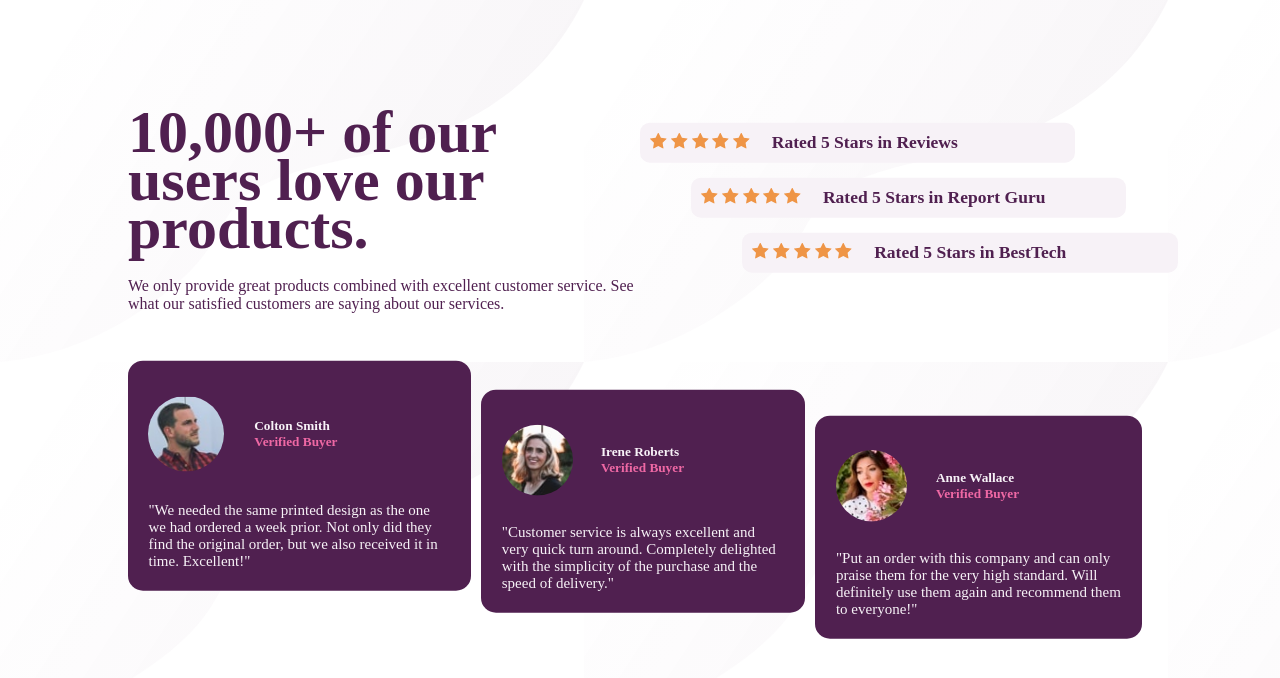
Repository: superZXMzzl/FrontendMentor
Page: social-proof-section-master/index.html
An editor plug-in stored every save of this project. The page is shown before and after the next save, followed by the edit.
The browser window is 1280 px wide. The pictures show the whole page.

Above is the page before, as saved 2022-05-10 11:35:55.

### social-proof-section-master/index.html
<!DOCTYPE html>
<html lang="en">
  <head>
    <meta charset="UTF-8" />
    <meta name="viewport" content="width=device-width, initial-scale=1.0" />
    <!-- displays site properly based on user's device -->

    <link
      rel="icon"
      type="image/png"
      sizes="32x32"
      href="./images/favicon-32x32.png"
    />
    <link rel="stylesheet" href="style.css">
    <title>Frontend Mentor | Social proof section</title>


  </head>
  <body>

    <div class="container">
      <div class="top">
        <div class="left">
          <p class="leftTitle">10,000+ of our users love our products.</p>
          <p class="leftDes">We only provide great products combined with excellent customer service.
            See what our satisfied customers are saying about our services.</p>
        </div>
        <div class="right">
          <div class="right1">
            <div class="starBox">
              <img src="./images/icon-star.svg" class="star">
              <img src="./images/icon-star.svg" class="star">
              <img src="./images/icon-star.svg" class="star">
              <img src="./images/icon-star.svg" class="star">
              <img src="./images/icon-star.svg" class="star">
            </div>
            <h3 class="starDes">Rated 5 Stars in Reviews</h3>
          </div>
          <div class="right2">
            <div class="starBox">
              <img src="./images/icon-star.svg" class="star">
              <img src="./images/icon-star.svg" class="star">
              <img src="./images/icon-star.svg" class="star">
              <img src="./images/icon-star.svg" class="star">
              <img src="./images/icon-star.svg" class="star">
            </div>
            <h3 class="starDes">Rated 5 Stars in Report Guru</h3>
          </div>
          <div class="right3">
            <div class="starBox">
              <img src="./images/icon-star.svg" class="star">
              <img src="./images/icon-star.svg" class="star">
              <img src="./images/icon-star.svg" class="star">
              <img src="./images/icon-star.svg" class="star">
              <img src="./images/icon-star.svg" class="star">
            </div>
            <h3 class="starDes">Rated 5 Stars in BestTech</h3>
          </div>
        </div>
      </div>
      <div class="bottom">
        <div class="card1">
          <div class="cardHead">
            <img src="./images/image-colton.jpg" class="avatar">
            <div class="cardHeadText">
              <h5>Colton Smith</h5>
              <h5 class="ii">Verified Buyer</h5>
            </div>
          </div>
          <p class="cardText">"We needed the same printed design as the one we had ordered a week prior.
            Not only did they find the original order, but we also received it in time.
            Excellent!"</p>
        </div>
        <div class="card2">
          <div class="cardHead">
            <img src="./images/image-irene.jpg" class="avatar">
            <div class="cardHeadText">
              <h5>Irene Roberts</h5>
              <h5 class="ii">Verified Buyer</h5>
            </div>
          </div>
          <p class="cardText">"Customer service is always excellent and very quick turn around. Completely
            delighted with the simplicity of the purchase and the speed of delivery."
          </p>
        </div>
        <div class="card3">
          <div class="cardHead">
            <img src="./images/image-anne.jpg" class="avatar">
            <div class="cardHeadText">
              <h5>Anne Wallace</h5>
              <h5 class="ii">Verified Buyer</h5>
            </div>
          </div>
          <p class="cardText">"Put an order with this company and can only praise them for the very high
            standard. Will definitely use them again and recommend them to everyone!"</p>
        </div>
      </div>
    </div>
  </body>
</html>

### social-proof-section-master/style.css
* {
    margin: 0;
    padding: 0;
    box-sizing: border-box;
}

body {
    min-height: 100vh;
    display: flex;
    align-items: center;
    background-image: url(./images/bg-pattern-top-desktop.svg);
    position: relative;
}

.container {
    position: absolute;
    width: 80%;
    left: 50%;
    top: 50%;
    transform: translate(-50%, -50%);
}

.top {
    display: grid;
    align-items: center;
    grid-template-columns: 1fr 1fr;
}

.right1, .right2, .right3 {
    display: flex;
    align-items: center;
    background-color: hsl(300, 24%, 96%);
    margin: 15px 0;
    border-radius: 10px;
    width: 85%;
    font-size: 15px;
    color: hsl(300, 43%, 22%);
}

.right2 {
    margin-left: 10%;
}

.right3 {
    margin-left: 20%;
}

.starBox {
    margin: 10px;
    margin-right: 5%;
}

.bottom {
    width: 100%;
    display: flex;
    align-items: center;
    justify-content: space-between;
}

.card1, .card2, .card3 {
    margin-right: 10px;
    background-color: hsl(300, 43%, 22%);
    padding: 2%;
    border-radius: 15px;
    color: hsl(300, 24%, 96%)
}

.leftTitle {
    margin: 5% 0;
    color: hsl(300, 43%, 22%);
    font-weight: bolder;
    font-size: 60px;
    line-height: 0.8;
}

.leftDes {
    color: hsl(300, 43%, 22%);
}

.card2 {
    margin-top: 5%;
}

.card3 {
    margin-top: 10%;
}

.cardHead {
    display: flex;
    align-items: center;
    margin-bottom: 5%;
}

.avatar {
    border-radius: 100%;
    overflow: hidden;
    width: 25%;
    margin-right: 10%;
    padding: 5% 0;
}

.ii {
    color: hsl(333, 80%, 67%);
}

.cardText {
    font-size: 15px;
}

After the next save:
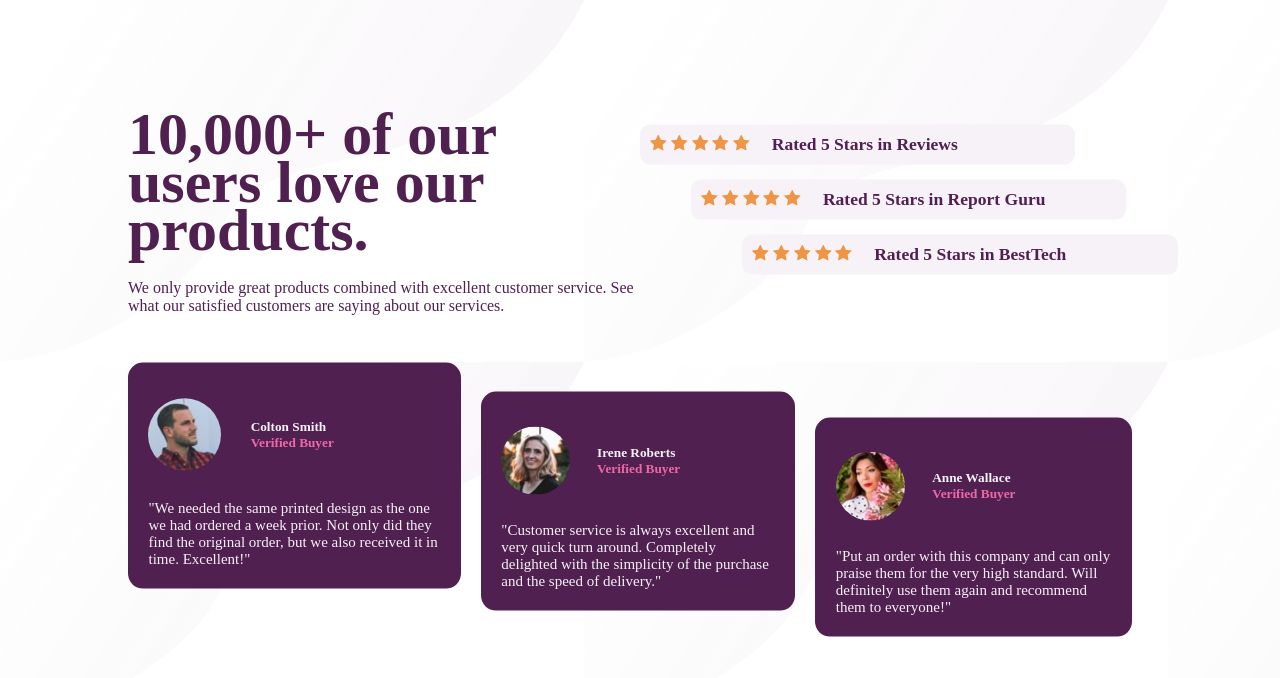
Saved 5 s later.
--- a/social-proof-section-master/style.css
+++ b/social-proof-section-master/style.css
@@ -58,7 +58,7 @@ body {
 }
 
 .card1, .card2, .card3 {
-    margin-right: 10px;
+    margin-right: 20px;
     background-color: hsl(300, 43%, 22%);
     padding: 2%;
     border-radius: 15px;
